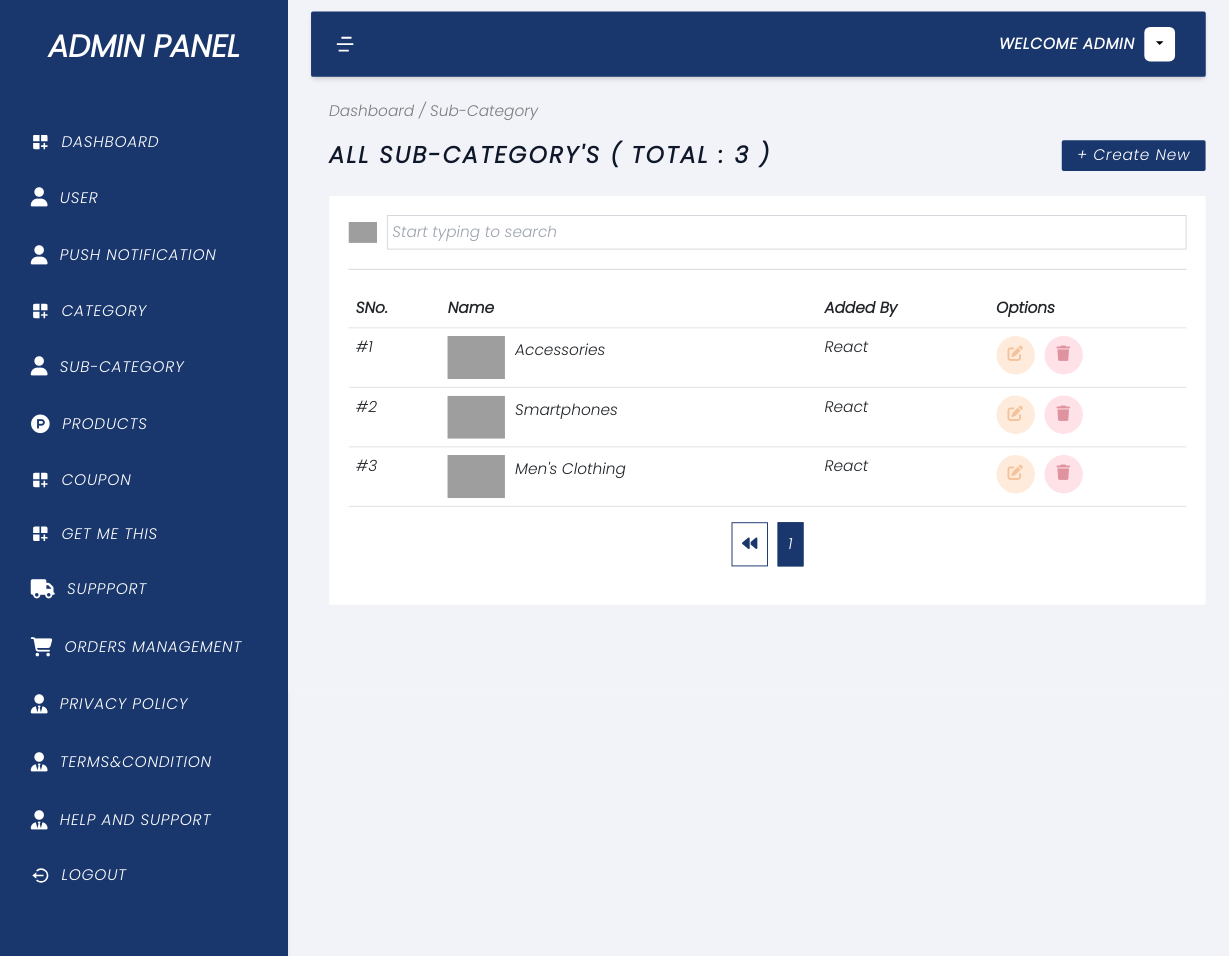
Repository: arpanmalik/project-khanna
Page: /sub-category
These files come from the project's save history. The page is drawn as it stood at one moment and after a run of saves; the edit follows.
The browser window is 1280 px wide. The pictures show the whole page, at 96% of full size.
Pictures or frames that could not be fetched are drawn as grey boxes. Some web libraries are served in a nearby version. The project was rebuilt for these pictures with package versions that can differ from the ones it lists, and the page was loaded fresh each time. Also part of the build but not shown: src/E-CommerceAdmin/forms/Login.jsx, src/E-CommerceAdmin/pages/Dashboard.jsx, src/E-CommerceAdmin/pages/ECategory.js, src/E-CommerceAdmin/pages/EProduct.js, src/E-CommerceAdmin/pages/EVendorList.js, src/E-CommerceAdmin/pages/EAdminOrders.js, src/E-CommerceAdmin/pages/EAdminProduct.js, src/E-CommerceAdmin/pages/EAdminDelivery.js and 11 more. Imported but missing from the stored project, and not drawn on this page: src/E-CommerceAdmin/pages/Component/SpinnerComp, src/E-CommerceVendor/forms/EVendorLogin, src/E-CommerceVendor/pages/EVCategory, src/E-CommerceVendor/pages/EVCoupon, src/E-CommerceVendor/pages/EVDashboard, src/E-CommerceVendor/pages/EVOrders, src/E-CommerceVendor/pages/EVProduct, src/E-CommerceVendor/pages/EVSubCategory.

Above is the page before, as saved 2023-05-16 15:49:10.

### public/index.html
<!-- @format -->

<!DOCTYPE html>
<html lang="en">
  <head>
    <meta charset="utf-8" />
    <meta name="viewport" content="width=device-width, initial-scale=1" />
    <meta name="theme-color" content="#000000" />
    <meta
      name="description"
      content="Web site created using create-react-app"
    />
    <link rel="manifest" href="%PUBLIC_URL%/manifest.json" />
    <link rel="preconnect" href="https://fonts.googleapis.com">
<link rel="preconnect" href="https://fonts.gstatic.com" crossorigin>
<link href="https://fonts.googleapis.com/css2?family=Roboto+Mono:ital,wght@1,300&display=swap" rel="stylesheet">
    <title>Admin Panel</title>
  </head>
  <body>
    <noscript>You need to enable JavaScript to run this app.</noscript>
    <div id="root"></div>
    <script src="https://code.jquery.com/jquery-3.6.0.min.js"></script>
    <script src="https://kit.fontawesome.com/b533b351e4.js" crossorigin="anonymous"></script>
  </body>
</html>

### src/E-CommerceAdmin/pages/EAdminCustomer.js
/** @format */

import React, { useEffect, useState } from "react";
import HOC from "../layout/HOC";
import { Table, Modal, Form, Button, Alert } from "react-bootstrap";

const EAdminCustomer = () => {
  const [modalShow, setModalShow] = React.useState(false);
  const [edit, setEdit] = useState("");

  const data = [
    {
      name: "Accessories",
      image: "https://m.media-amazon.com/images/I/51UhwaQXCpL._SX679_.jpg",
      added: "React",
    },
    {
      name: "Smartphones",
      image:
        "https://m.media-amazon.com/images/I/31wacBawB3L._SY445_SX342_QL70_FMwebp_.jpg",
      added: "React",
    },
    {
      name: "Men's Clothing",
      image: "https://m.media-amazon.com/images/I/71MAg1Iuy6L._UX466_.jpg",
      added: "React",
    },
  ];
  // Pagination and Filter
  const [query, setQuery] = useState("");
  const [currentPage2, setCurrentPage2] = useState(1);
  const [postPerPage2] = useState(10);
  const lastPostIndex2 = currentPage2 * postPerPage2;
  const firstPostIndex2 = lastPostIndex2 - postPerPage2;

  let pages2 = [];

  const TotolData = query
    ? data?.filter(
        (i) =>
          i?.name?.toLowerCase().includes(query?.toLowerCase()) ||
          i?.email?.toLowerCase().includes(query?.toLowerCase())
      )
    : data;

  useEffect(() => {
    if (query) {
      setCurrentPage2(1);
    }
  }, [query]);

  const slicedData = TotolData?.slice(firstPostIndex2, lastPostIndex2);

  for (let i = 1; i <= Math.ceil(TotolData?.length / postPerPage2); i++) {
    pages2.push(i);
  }

  function Next() {
    setCurrentPage2(currentPage2 + 1);
  }

  function Prev() {
    if (currentPage2 !== 1) {
      setCurrentPage2(currentPage2 - 1);
    }
  }

  function MyVerticallyCenteredModal(props) {
    return (
      <Modal
        {...props}
        size="lg"
        aria-labelledby="contained-modal-title-vcenter"
        centered
      >
        <Modal.Header closeButton>
          <Modal.Title id="contained-modal-title-vcenter">
            {" "}
            {edit ? "Edit Category" : " Create New Category"}
          </Modal.Title>
        </Modal.Header>
        <Modal.Body>
          <Form>
            <Form.Group className="mb-3">
              <Form.Label>Image</Form.Label>
              <Form.Control type="file" required />
            </Form.Group>
            <Form.Group className="mb-3">
              <Form.Label>Name</Form.Label>
              <Form.Control type="text" required />
            </Form.Group>

            <Button
              style={{ backgroundColor: "#19376d", borderRadius: "0" }}
              type="submit"
            >
              Submit
            </Button>
          </Form>
        </Modal.Body>
      </Modal>
    );
  }

  return (
    <>
      <MyVerticallyCenteredModal
        show={modalShow}
        onHide={() => setModalShow(false)}
      />

      <section>
        <p className="headP">Dashboard / Sub-Category</p>
        <div
          className="pb-4   w-full flex justify-between items-center"
          style={{ width: "98%", marginLeft: "2%" }}
        >
          <span
            className="tracking-widest text-slate-900 font-semibold uppercase"
            style={{ fontSize: "1.5rem" }}
          >
            All Sub-Category's ( Total : {data?.length} )
          </span>
          <button
            onClick={() => {
              setEdit(false);
              setModalShow(true);
            }}
            className="md:py-2 px-3 md:px-4 py-1 rounded-sm bg-[#19376d] text-white tracking-wider"
          >
            + Create New
          </button>
        </div>

        <section className="sectionCont">
          {data?.length === 0 || !data ? (
            <Alert>Sub-Categories Not Found</Alert>
          ) : (
            <>
              <div className="filterBox">
                <img
                  src="https://t4.ftcdn.net/jpg/01/41/97/61/360_F_141976137_kQrdYIvfn3e0RT1EWbZOmQciOKLMgCwG.jpg"
                  alt=""
                />
                <input
                  type="search"
                  placeholder="Start typing to search"
                  onChange={(e) => setQuery(e.target.value)}
                />
              </div>

              <div className="overFlowCont">
                <Table>
                  <thead>
                    <tr>
                      <th>SNo.</th>
                      <th>Name</th>
                      <th>Added By</th>
                      <th>Options</th>
                    </tr>
                  </thead>
                  <tbody>
                    {slicedData?.map((i, index) => (
                      <tr key={index}>
                        <td>#{index + 1} </td>
                        <td>
                          <span className="flexCont">
                            <img src={i.image} alt="" />
                            <p> {i.name} </p>
                          </span>
                        </td>
                        <td>{i.added} </td>
                        <td>
                          {" "}
                          <span className="flexCont">
                            <i
                              className="fa-solid fa-pen-to-square "
                              onClick={() => {
                                setEdit(true);
                                setModalShow(true);
                              }}
                            ></i>
                            <i className="fa-sharp fa-solid fa-trash"></i>
                          </span>
                        </td>
                      </tr>
                    ))}
                  </tbody>
                </Table>

                <div className="pagination">
                  <button onClick={() => Prev()} className="prevBtn">
                    <i className="fa-solid fa-backward"></i>
                  </button>
                  {currentPage2 === 1 ? (
                    ""
                  ) : (
                    <button onClick={() => setCurrentPage2(1)}>1</button>
                  )}

                  {pages2
                    ?.slice(currentPage2 - 1, currentPage2 + 3)
                    .map((i, index) =>
                      i === pages2?.length ? (
                        ""
                      ) : (
                        <button
                          key={index}
                          onClick={() => setCurrentPage2(i)}
                          className={currentPage2 === i ? "activePage" : ""}
                        >
                          {" "}
                          {i}{" "}
                        </button>
                      )
                    )}

                  <button
                    onClick={() => setCurrentPage2(pages2?.length)}
                    className={
                      currentPage2 === pages2?.length ? "activePage" : ""
                    }
                  >
                    {" "}
                    {pages2?.length}{" "}
                  </button>

                  {currentPage2 === pages2?.length ? (
                    ""
                  ) : (
                    <button onClick={() => Next()} className="nextBtn">
                      {" "}
                      <i className="fa-sharp fa-solid fa-forward"></i>
                    </button>
                  )}
                </div>
              </div>
            </>
          )}
        </section>
      </section>
    </>
  );
};

export default HOC(EAdminCustomer);

### src/E-CommerceAdmin/layout/HOC.jsx
/** @format */

import React, { useState } from "react";
import Navbar from "./Navbar";
import Sidebar from "./Sidebar";

const HOC = (Wcomponenet) => {
  return function Component() {
    const [hamb, setHamb] = useState(false);
    return (
      <>
        <section
          className="flex overflow-x-hidden relative "
          style={{ backgroundColor: "#f2f3f8" }}
        >
          {/* Sidebar */}
          <div
            className={
              hamb
                ? " absolute top-0 z-30 md:w-auto shadow-md bg-slate-200  w-60 transition-all md:-left-full left duration-150  h-auto overflow-y-auto  left-0 "
                : " md:w-72 z-30 bg-slate-200  shadow-md  md:static absolute top-0 -left-full   transition-all duration-150  overflow-y-auto h-auto"
            }
            style={{ minWidth: "300px" }}
          >
            <Sidebar hamb={hamb} setHamb={setHamb} />
          </div>
          {/* Components & Navbar */}
          <div
            className={
              hamb
                ? " transition-all px-4 py-2  duration-150 w-full h-screen"
                : " w-full h-screen  px-4 py-2   z-50 transition-all duration-150 "
            }
            style={{ backgroundColor: "#f2f3f8" }}
          >
            <Navbar hamb={hamb} setHamb={setHamb} />
            <div className="my-6 text-#000 h-[87%] wcomp overflow-y-auto">
              {" "}
              <Wcomponenet />
            </div>
          </div>
        </section>
      </>
    );
  };
};

export default HOC;

### src/E-CommerceAdmin/layout/Navbar.jsx
/** @format */
import { RiMenu4Line } from "react-icons/ri";
import Dropdown from "react-bootstrap/Dropdown";
import { UpdateProfile } from "../../Modals";
import { useState } from "react";
import { useNavigate } from "react-router-dom";
import { toast } from "react-toastify";

const Navbar = ({ hamb, setHamb }) => {
  const [modalShow, setModalShow] = useState(false);
  const navigate = useNavigate();

  function LogOut () {
    navigate('/')
    toast.success("Logged Out")
  }

  return (
    <>
      <UpdateProfile show={modalShow} onHide={() => setModalShow(false)} />
      <div
        className={
          hamb
            ? "flex  w-full justify-between  my-1 rounded-sm  p-4 py-3 shadow-md items-center  bg-slate-200 space-x-4"
            : "flex  w-full justify-between my-1 rounded-sm  p-4 py-3 shadow-md items-center  bg-slate-200 space-x-4"
        }
        style={{ backgroundColor: "#19376d" }}
      >
        <RiMenu4Line
          onClick={() => setHamb(!hamb)}
          className="text-2xl font-bold text-gray-900 hover:scale-90 cursor-pointer"
          style={{ color: "#fff" }}
        />

        <section className="flex sm:ml-auto justify-end sm:w-full items-center space-x-2  pr-2">
          <figcaption
            className="tracking-wider pl-1 font-semibold d-flex"
            style={{ gap: "10px", alignItems: "center" }}
          >
            <div
              className="lg:text-base text-sm text-gray-900  uppercase"
              style={{ color: "#fff" }}
            >
              Welcome Admin
            </div>
            <Dropdown>
              <Dropdown.Toggle id="dropdown-basic"></Dropdown.Toggle>

              <Dropdown.Menu>
                <Dropdown.Item onClick={() => setModalShow(true)}>
                  Update Profile <i className="fa-solid fa-user"></i>{" "}
                </Dropdown.Item>
                <Dropdown.Item onClick={() => LogOut()} >
                  Logout <i className="fa-solid fa-right-from-bracket"></i>{" "}
                </Dropdown.Item>
              </Dropdown.Menu>
            </Dropdown>
          </figcaption>
        </section>
      </div>
    </>
  );
};

export default Navbar;

### src/E-CommerceAdmin/layout/Sidebar.jsx
/** @format */

import React from "react";
import { RiCloseLine } from "react-icons/ri";
import { Link, useNavigate } from "react-router-dom";
import { BiLogOutCircle } from "react-icons/bi";
import { MdDashboardCustomize } from "react-icons/md";

const Sidebar = ({ hamb, setHamb }) => {
  const navigate = useNavigate();

  const nav = [
    {
      icon: <MdDashboardCustomize className="text-xl mr-3 rounded-full " />,
      link: "/dashboard ",
      name: "Dashboard",
    },
    {
      icon: <i className="fa-solid fa-user text-xl mr-3 rounded-full"></i>,
      link: "/Admin",
      name: "User",
    },
    {
      icon: <i className="fa-solid fa-user text-xl mr-3 rounded-full"></i>,
      link: "/pushNotification",
      name: "Push Notification",
    },  {
      icon: <MdDashboardCustomize className="text-xl mr-3 rounded-full " />,
      link: "/Category",
      name: "Category",
    },

    {
      icon: <i className="fa-solid fa-user text-xl mr-3 rounded-full"></i>,
      link: "/sub-category",
      name: "Sub-Category",
    },


    {
      icon: (
        <i className="fa-brands fa-product-hunt text-xl mr-3 rounded-full"></i>
      ),
      link: "/Product",
      name: "Products",
    },





    {
      icon: <MdDashboardCustomize className="text-xl mr-3 rounded-full " />,
      link: "/coupon",
      name: "Coupon",
    },
    {
      icon: <MdDashboardCustomize className="text-xl mr-3 rounded-full " />,
      link: "/getMeThis",
      name: "Get Me This",
    },
    {
      icon: <i className="fa-solid fa-truck  text-xl mr-3 rounded-full"></i>,
      link: "/Support",
      name: "Suppport",
    },
    {
      icon: (
        <i className="fa-solid fa-cart-shopping text-xl mr-3 rounded-full"></i>
      ),
      link: "/Orders",
      name: "Orders Management",
    },

    {
      icon: <i className="fa-solid fa-user-tie text-xl mr-3 rounded-full"></i>,
      link: "/privacy",
      name: "Privacy Policy",
    },
    {
      icon: <i className="fa-solid fa-user-tie text-xl mr-3 rounded-full"></i>,
      link: "/terms",
      name: "Terms&Condition",
    },
    // {
    //   icon: <i className="fa-solid fa-user-tie text-xl mr-3 rounded-full"></i>,
    //   link: "/helpSupport",
    //   name: "Help and Support",
    // },
    {
      icon: <i className="fa-solid fa-user-tie text-xl mr-3 rounded-full"></i>,
      link: "/complaints",
      name: "Help and Support",
    },
  ];

  const logOut = () => {
    localStorage.clear()
    navigate("/");
  };

  return (
    <>
      <aside
        className="p-4 h-auto"
        style={{ backgroundColor: "#19376d", minHeight: "100vh" }}
      >
        {/* Top */}
        <div className="w-full md:hidden relative  p-2 mb-4">
          <RiCloseLine
            onClick={() => setHamb(!hamb)}
            className="text-3xl  absolute top-2 sm:hover:rotate-[228deg] transition-transform font-bold right-2 sm:hover:text-[22px] text-[rgb(241,146,46)] cursor-pointer"
          />
        </div>{" "}
        <figure className="flex  flex-col items-center">
          <span
            className="font-bold text-[#fff]"
            style={{
              fontSize: "2rem",
              textAlign: "center",
              textTransform: "uppercase",
            }}
          >
            {" "}
            ADMIN PANEL
          </span>
        </figure>
        <nav className="py-6">
          {nav.map((nav) => {
            return (
              <Link
                to={nav.link}
                key={nav.name}
                className=""
                style={{ textDecoration: "none", textTransform: "uppercase" }}
              >
                <span
                  className="flex my-3 items-center cursor-pointer text-gray-900    tracking-wider p-2 rounded-sm"
                  style={{ color: "#FFF" }}
                >
                  {nav.icon} {nav.name}
                </span>
              </Link>
            );
          })}
          <span
            className="flex my-3 items-center cursor-pointer text-gray-900    tracking-wider p-2 rounded-sm"
            onClick={() => logOut()}
            style={{ color: "#FFF", textTransform: "uppercase" }}
          >
            <BiLogOutCircle className="text-xl mr-3 rounded-full " /> LogOut
          </span>
        </nav>
      </aside>
    </>
  );
};

export default Sidebar;

Loaded but not shown: tailwind.config.js (common file); src/App.js (92 lines, source omitted); src/Modals.js (41 lines, source omitted); src/index.js (15 lines, source omitted); src/index.css (504 lines, source omitted)

After the next 2 saves:
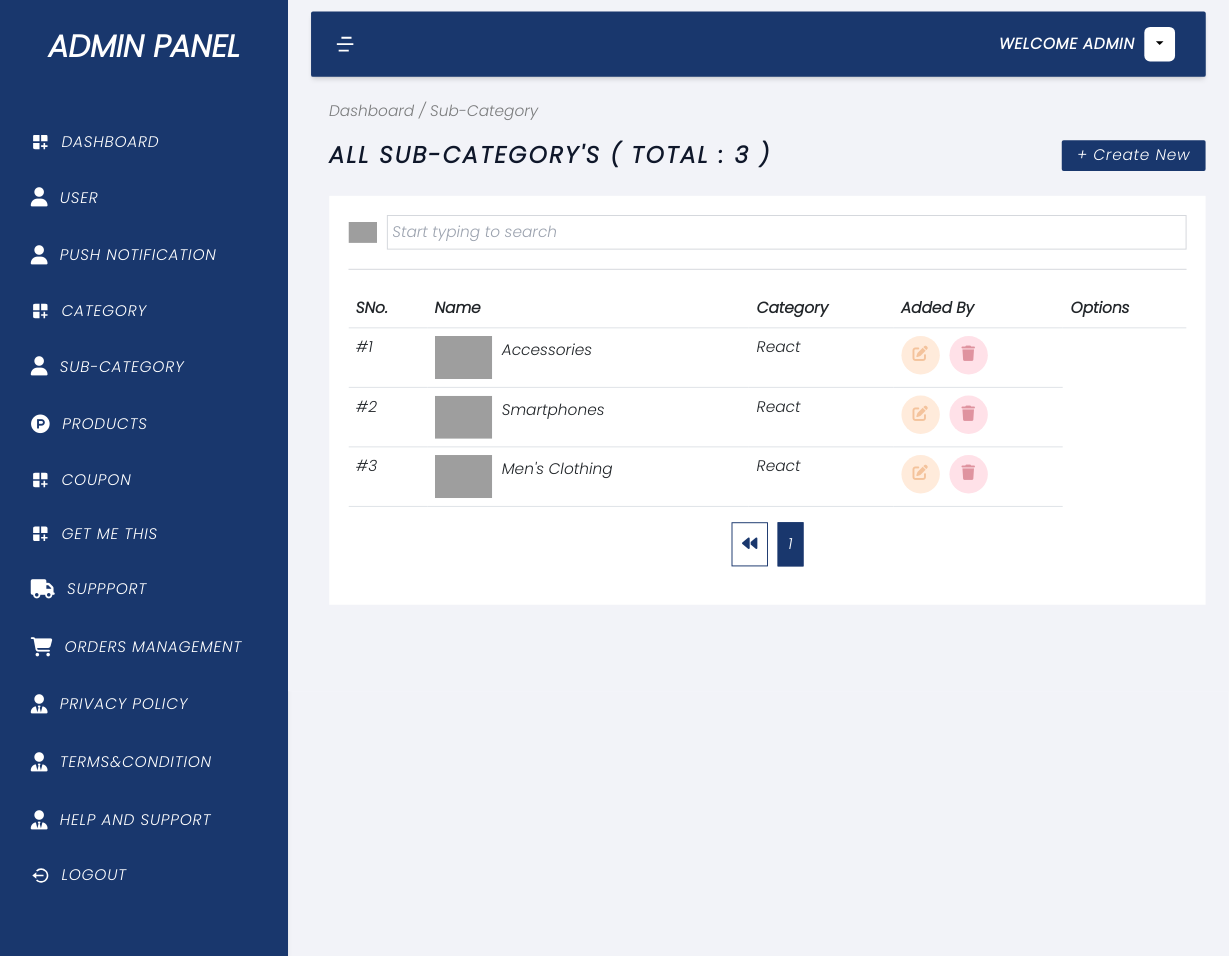
The 2 saves are shown as one change because they came seconds apart.
The last was saved 8 s later.
--- a/src/E-CommerceAdmin/pages/EAdminCustomer.js
+++ b/src/E-CommerceAdmin/pages/EAdminCustomer.js
@@ -155,6 +155,7 @@ const EAdminCustomer = () => {
                     <tr>
                       <th>SNo.</th>
                       <th>Name</th>
+                      <th>Category</th>
                       <th>Added By</th>
                       <th>Options</th>
                     </tr>
